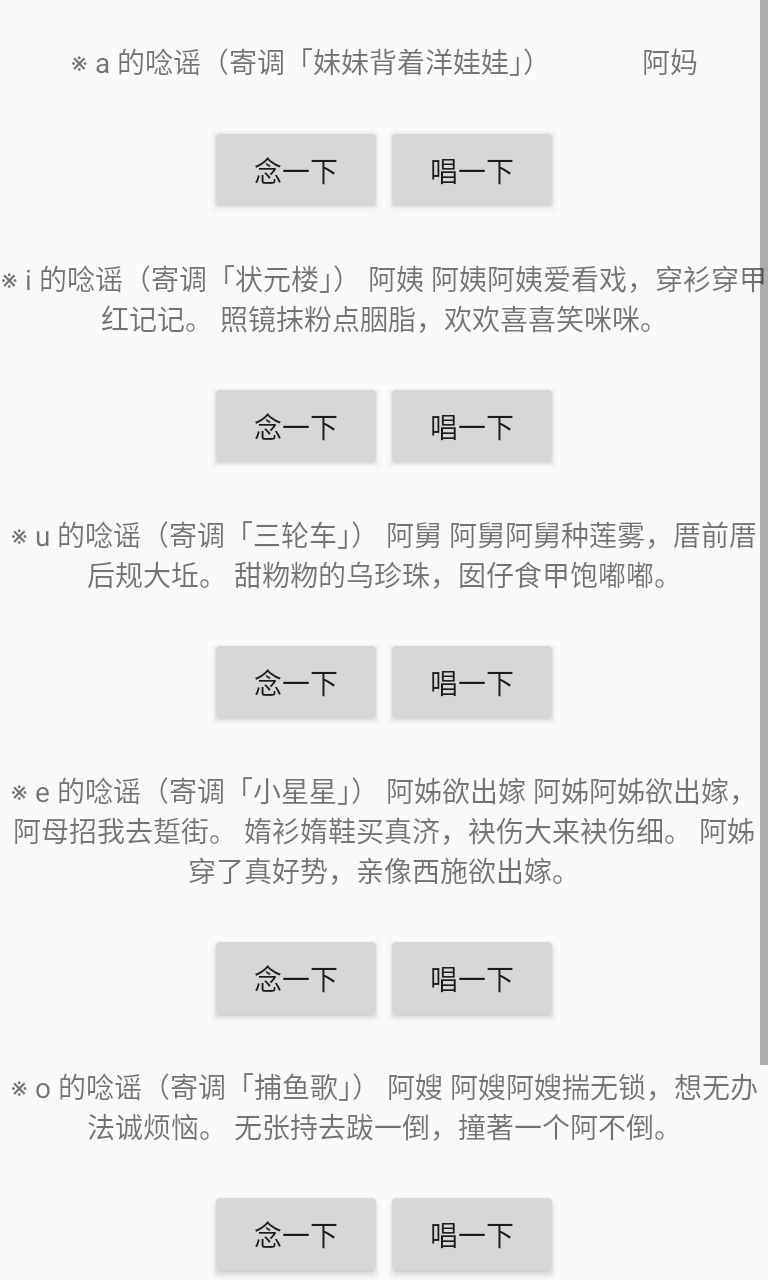
Repository: DIRONY/MinXue
Layout: MinXue/res/layout/fragment_nianyao.xml
The author's editor kept a copy of each file at every save. The layout is drawn from the files as they stood at one save, then again after the next save.
It is drawn on a 768 x 1280 px phone screen (xhdpi) without system bars, with theme AppTheme; the app's code is not run.

Above is the layout before, as saved 2014-12-03 06:31:46.

After the next save:
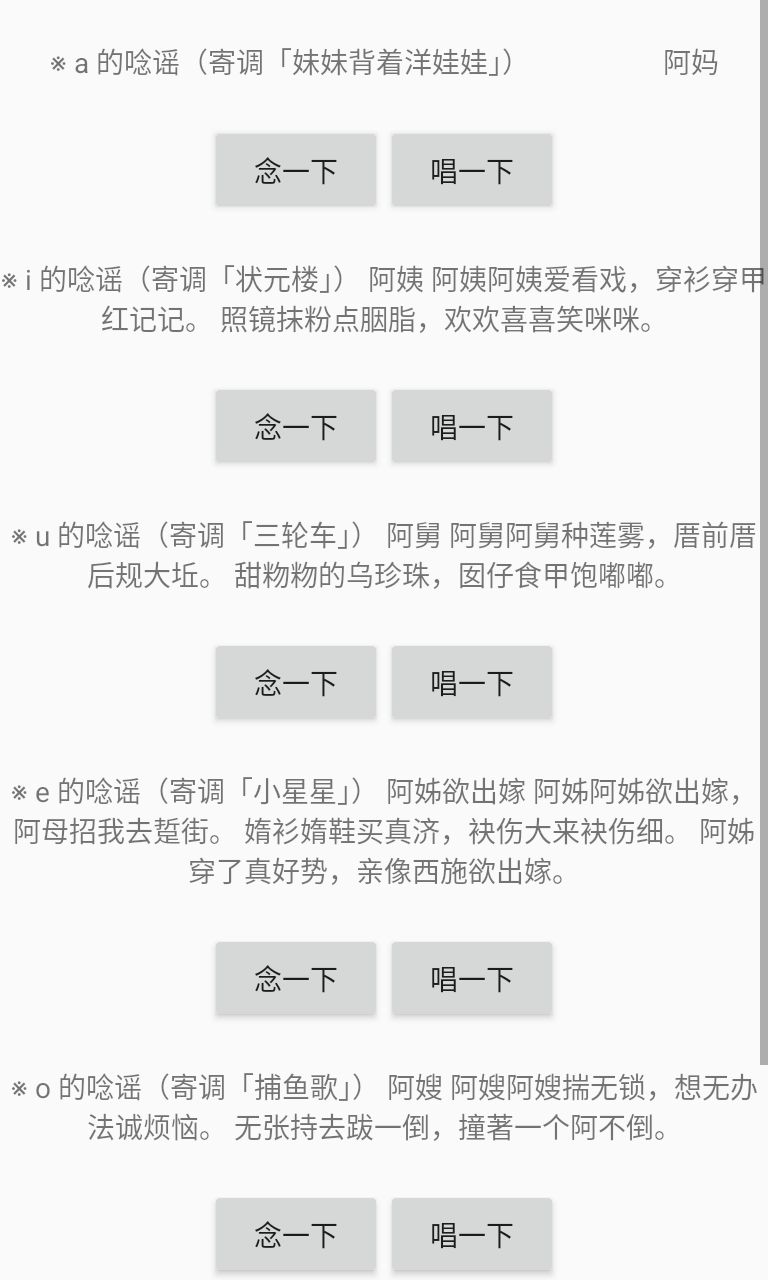
Saved 80 s later.
--- a/MinXue/res/layout/fragment_nianyao.xml
+++ b/MinXue/res/layout/fragment_nianyao.xml
@@ -15,7 +15,7 @@
             android:layout_marginTop="20dp"
             android:gravity="center"
             android:text="※ a 的唸谣（寄调「妹妹背着洋娃娃」）
-            阿妈"/>
+                  阿妈"/>
 
         <LinearLayout
             android:layout_width="wrap_content"
